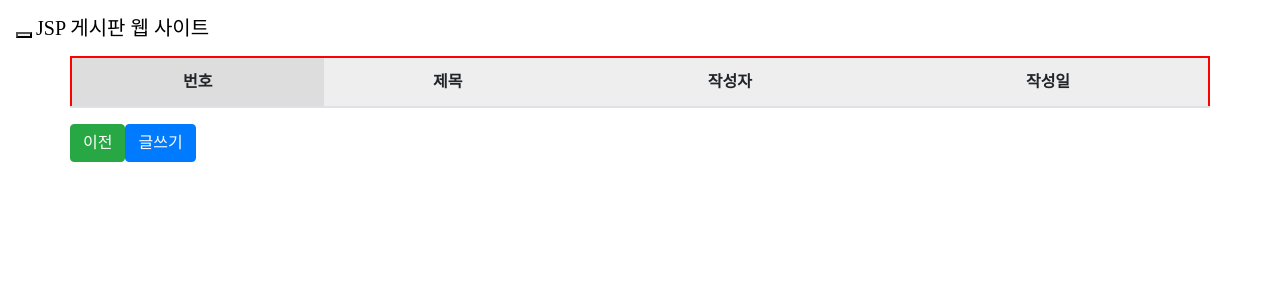
Repository: hz6450/2024-summer-jsp-notice-project
Page: http://localhost/BBS/BBS.jsp?pageNumber=0
These files come from the project's save history. The page is drawn as it stood at one moment and after the next save; the edit follows.
The browser window is 1280 px wide. The pictures show the whole page.
Some web fonts or font styles are not loaded; a fallback is used. Some web libraries are served in a nearby version. The page is served by Tomcat 10. Queries for data that is not in the repository find no rows.

Above is the page before, as saved 2024-07-12 07:51:04.

After the next save:
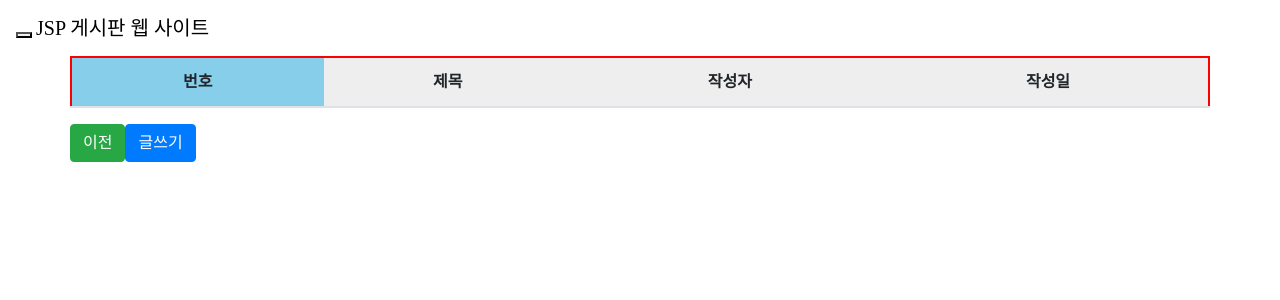
Saved 26 s later.
--- a/projects/BBS/src/main/webapp/BBS.jsp
+++ b/projects/BBS/src/main/webapp/BBS.jsp
@@ -55,7 +55,7 @@
 						style="text-align: center; border: 1px solid #dddddd;">
 						<thead>
 							<tr>
-								<th style="background-color: #dddddd; text-align: center;">번호</th>
+								<th style=text-align: center;">번호</th>
 								<th style="background-color: #eeeeee; text-align: center;">제목</th>
 								<th style="background-color: #eeeeee; text-align: center;">작성자</th>
 								<th style="background-color: #eeeeee; text-align: center;">작성일</th>
